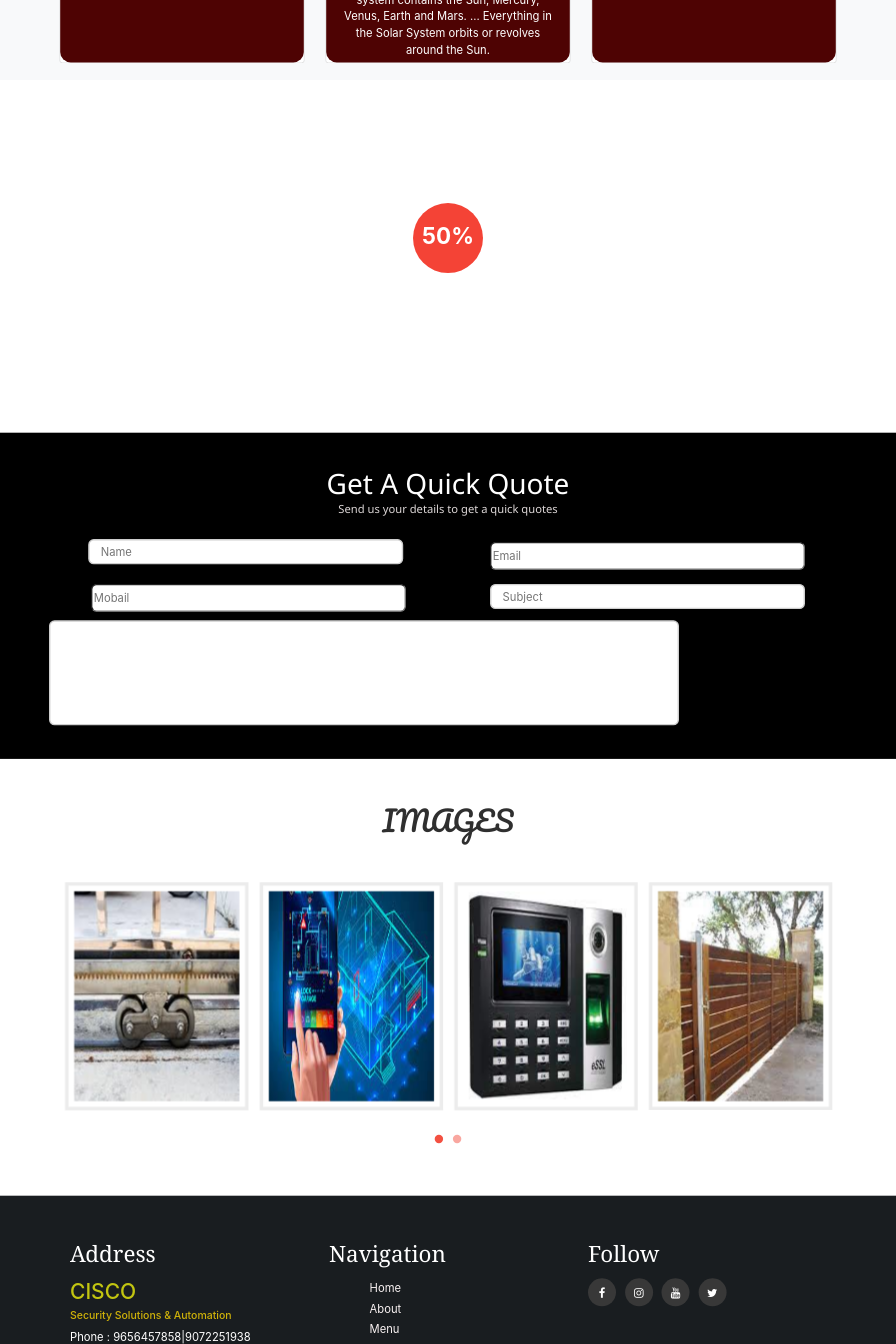
Repository: Nuhman123/Cisco
Page: index.html
An editor plug-in stored every save of this project. The page is shown before and after a run of saves, followed by the edit.
The browser window is 1280 px wide. The pictures show the part of the page from y = 1803 to 3723 px (the page is 3958 px tall), at 70% of full size.

Above is the page before, as saved 2021-04-10 16:29:57.

### index.html
<!--A Design by W3layouts
Author: W3layout
Author URL: http://w3layouts.com
License: Creative Commons Attribution 3.0 Unported
License URL: http://creativecommons.org/licenses/by/3.0/
-->
<!DOCTYPE html>
<html lang="en">
<head>
<title>CISCO security solutions & automation</title>
<meta name="viewport" content="width=device-width, initial-scale=1">
<meta http-equiv="Content-Type" content="text/html; charset=utf-8" />
<meta name="keywords" content="Royal Recipes Responsive web template, Bootstrap Web Templates, Flat Web Templates, Android Compatible web template,
Smartphone Compatible web template, free webdesigns for Nokia, Samsung, LG, SonyEricsson, Motorola web design" />
<script type="application/x-javascript"> addEventListener("load", function() { setTimeout(hideURLbar, 0); }, false); function hideURLbar(){ window.scrollTo(0,1); } </script>
<!-- bootstrap-css -->
<link href="css/bootstrap.css" rel="stylesheet" type="text/css" media="all" />
<!--// bootstrap-css -->
<!-- css -->
<link rel="stylesheet" href="css/style.css" type="text/css" media="all" />
<!--// css -->
<link rel="stylesheet" href="css/owl.carousel.css" type="text/css" media="all">
<link href="css/owl.theme.css" rel="stylesheet">
<!-- font-awesome icons -->
<link href="css/font-awesome.css" rel="stylesheet">
<!-- //font-awesome icons -->
<!-- font -->
<link href='//fonts.googleapis.com/css?family=Pacifico' rel='stylesheet' type='text/css'>
<link href='//fonts.googleapis.com/css?family=Open+Sans+Condensed:300,300italic,700' rel='stylesheet' type='text/css'>
<!-- //font -->
<script src="js/jquery-1.11.1.min.js"></script>
<script src="js/bootstrap.js"></script>
<script src="https://maxcdn.bootstrapcdn.com/bootstrap/4.0.0/js/bootstrap.min.js" integrity="sha384-JZR6Spejh4U02d8jOt6vLEHfe/JQGiRRSQQxSfFWpi1MquVdAyjUar5+76PVCmYl" crossorigin="anonymous"></script>
<link rel="stylesheet" href="https://maxcdn.bootstrapcdn.com/bootstrap/4.0.0/css/bootstrap.min.css" integrity="sha384-Gn5384xqQ1aoWXA+058RXPxPg6fy4IWvTNh0E263XmFcJlSAwiGgFAW/dAiS6JXm" crossorigin="anonymous">
<!-- light-box -->
<link rel="stylesheet" href="css/lightbox.css">
<!-- //light-box -->
<script src="js/SmoothScroll.min.js"></script>
<!--search jQuery-->
<script src="js/main.js"></script>
<!--//search jQuery-->
<script type="text/javascript">
	jQuery(document).ready(function($) {
		$(".scroll").click(function(event){
			event.preventDefault();
			$('html,body').animate({scrollTop:$(this.hash).offset().top},1000);
		});
	});
</script>

<script>
$(document).ready(function() {
	$("#owl-demo").owlCarousel({

		autoPlay: 3000, //Set AutoPlay to 3 seconds
		autoPlay:true,
		items : 4,
		itemsDesktop : [640,5],
		itemsDesktopSmall : [414,4]

	});

});
</script>
</head>
<body>
	<header class="header-1">
		<div class="container">
			<div class="row">
		<div class="col-xs-3">
			<img src="images/csc0log.png">
		</div>
		<div class="col-xs-5">
			<h1>CISCO</h1>
			<p>Security Solutions & Automation</p>
		</div>
		<div class="col-xs-4">
		<nav class="navbar navbar-expand-lg navbar-light">
			<button style="background-color:white;margin-top: 18px;" class="navbar-toggler" type="button" data-toggle="collapse" data-target="#navbarNavAltMarkup" aria-controls="navbarNavAltMarkup" aria-expanded="false" aria-label="Toggle navigation">
			  <span class="navbar-toggler-icon"></span>
			</button>
			<div class="collapse navbar-collapse" id="navbarNavAltMarkup" style="background-color: rgb(5, 7, 6);margin-top: 17px;">
			  <div class="navbar-nav text-center">
				<a class="nav-item nav-link active" href="index.html" style="color: white;">Home <span class="sr-only">(current)</span></a>
				<a class="nav-item nav-link" href="#services" style="color: white;">Services</a>
				<a class="nav-item nav-link" href="menu.html" style="color: white;z-index: 10;">Menu</a>
				<a class="nav-item nav-link" href="about.html" style="color: white;z-index: 10;">About</a>
				<a class="nav-item nav-link" href="contact.html" style="color: white;z-index: 10;">Condact</a>
			  </div>
			</div>
		  </nav>
		</div>
			</div>
		</div>
	</header>
	<!-- banner -->
	<div class="banner">
		<div class="header">
			<div class="container">
				<div class="logo">

				</div>
				<div class="clearfix"> </div>
			</div>
		</div>
		<div class="banner-slider">
			<div class="container">
				<div class="slider">
					<div class="callbacks_container">
						<ul class="rslides callbacks callbacks1" id="slider4">
							<li>
								<div class="agileits-banner-info">
									<img src="images/csc0log.png">
									<h3>CISCO</h3>
									<h5>Security Solutions & Automation</h5>
									<p>CCTV Installation,EPBAX,Home Automation,Automatic Gate,Video Door Phone,Access Control System,Security Alarm System,Solar System,Biometric AttendanceSystem</p>
									<a href="#services">Services</a>

								</div>
							</li>
							<li>
								<div class="agileits-banner-info">
									<h3>CCTV<br> Installation</h3>
									<p>CCTV Installation,EPBAX,Home Automation,Automatic Gate,Video Door Phone,Access Control System,Security Alarm System,Solar System,Biometric AttendanceSystem</p>
									<a href="#services">Services</a>

								</div>
							</li>
							<li>
								<div class="agileits-banner-info">
									<img src="images/csc0log.png">
									<h3>CISCO</h3>
									<p>CCTV Installation,EPBAX,Home Automation,Automatic Gate,Video Door Phone,Access Control System,Security Alarm System,Solar System,Biometric AttendanceSystem</p>
									<a href="#services">Services</a>
								</div>
							</li>
						</ul>
						<div class="social text-center">
							<ul>
								<li><a href="https://www.facebook.com/cisco_security_solutions-101064504984043/"><i class="fa fa-facebook"></i></a></li>
								<li><a href="https://www.instagram.com/cisco_security_solutions?r=nametag"><i class="fa fa-instagram"></i></a></li>
								<li><a href="https://youtube.com/channel/UCSI_CHHL5nW7fggODaksUw"><i class="fa fa-youtube"></i></a></li>
								<li><a href="https://twitter.com"><i class="fa fa-twitter"></i></a></li>
							</ul>
						</div>
					</div>
					<script src="js/responsiveslides.min.js"></script>
					<script>
						// You can also use "$(window).load(function() {"
						$(function () {
						  // Slideshow 4
						  $("#slider4").responsiveSlides({
							auto: true,
							pager:true,
							nav:false,
							speed: 500,
							namespace: "callbacks",
							before: function () {
							  $('.events').append("<li>before event fired.</li>");
							},
							after: function () {
							  $('.events').append("<li>after event fired.</li>");
							}
						  });

						});
					 </script>
					<!--banner Slider starts Here-->
				</div>
			</div>
		</div>
	</div>
	<!-- banner -->
	<!-- services -->
	<section class="bg-light p-4 mt-5" id="services">
		<div class="container">
		  <h1 class="services text-center">Our Services</h1>
		  <div class="row">
			<div class="col-lg-4 col-md-6 pt-3">
			  <div class="card text-center">
				<div class="card-body">
				  <h5 class="card-title">CCTV Installation</h5>
				  <p class="card-text">
					CCTV systems may operate continuously or only as required to monitor a particular event. A more advanced form of CCTV, using digital video recorders (DVRs), provides recording for possibly many years, with a variety of quality and performance options and extra features (such as motion detection and email alerts).
					</p>
				</div>
			  </div>
			</div>
			<div class="col-lg-4 col-md-6 pt-3">
			  <div class="card text-center ">

				<div class="card-body">
				  <h5 class="card-title">EPBAX</h5>
				  <p class="card-text">EPABX stands for Electronic Private Automatic Branch Exchange which is a private telephone network used by the organizations and the companies for various types of communication, either between the employees or outside the clients.</p>
				</div>
			  </div>
			</div>
			<div class="col-lg-4 col-md-6 pt-3">
			  <div class="card text-center ">

				<div class="card-body">
				  <h5 class="card-title">Home Automation</h5>
				  <p class="card-text"> home automation system integrates all the electrical devices in the house with each other, it includes centralized control of lighting, HVAC(Heat, ventilation and air conditioning) appliances, security locks and other systems to improve comfort, conveniences, security and energy efficiency.</p>
				</div>
			  </div>
			</div>
			<div class="col-lg-4 col-md-6 pt-3">
			  <div class="card text-center">
				<div class="card-body">
				  <h5 class="card-title">Automatic Gate</h5>
				  <p class="card-text"></p>
				</div>
			  </div>
			</div>
			<div class="col-lg-4 col-md-6  pt-3">
			  <div class="card text-center">
				<div class="card-body">
				  <h5 class="card-title">Video Door Phone</h5>
				  <p class="card-text">video door phone lets you see and communicate with the visitor without being physically present on the door. After knowing the purpose of visit and if required, you can choose to open the door or keep it closed. So, the video door phone is a great system to ensure the safety and security of your family and home.</p>
				</div>
			  </div>
			</div>
			<div class="col-lg-4 col-md-6  pt-3">
			  <div class="card text-center ">
				<div class="card-body">
				  <h5 class="card-title">Access Control System</h5>
				  <p class="card-text"></p>
				</div>
			  </div>
			</div>
			<div class="col-lg-4 col-md-6  pt-3">
				<div class="card text-center ">
				  <div class="card-body">
					<h5 class="card-title">Security Alarm System</h5>
					<p class="card-text"></p>
				  </div>
				</div>
			  </div>
			  <div class="col-lg-4 col-md-6  pt-3">
				<div class="card text-center ">
				  <div class="card-body">
					<h5 class="card-title">Solar System</h5>
					<p class="card-text">The Solar System is made up of all the planets that orbit our Sun. In addition to planets, the Solar System also consists of moons, comets, asteroids, minor planets, dust and gas. The inner solar system contains the Sun, Mercury, Venus, Earth and Mars. ... Everything in the Solar System orbits or revolves around the Sun.</p>
				  </div>
				</div>
			  </div>
			  <div class="col-lg-4 col-md-6  pt-3">
				<div class="card text-center ">
				  <div class="card-body">
					<h5 class="card-title">Biometric Attendance System</h5>
					<p class="card-text"></p>
				  </div>
				</div>
			  </div>
		  </div>
		</div>
	  </section>
	<!-- //services -->
	<!-- offer -->
	<div class="jarallax offer">
		<div class="container">
			<div class="w3l-offer-heading">
				<h3>Today Offers</h3>
			</div>
			<div class="w3ls-offer-slider">
				<div class="slider">
					<div class="callbacks_container">
						<ul class="rslides callbacks callbacks1" id="slider3">
							<li>
								<div class="agileinfo-offer-grid">
									<h4>45<span>%</span></h4>
									<h5>Pork Vindaloo</h5>
									<p>Quisque scelerisque rutrum nunc, eget hendrerit diam porta efficitur. Duis bibendum consequat est, sed efficitur arcu. Morbi viverra, leo sit amet vestibulum dignissim, tortor est dignissim dolor, eu accumsan est urna id felis. </p>
								</div>
							</li>
							<li>
								<div class="agileinfo-offer-grid">
									<h4>50%</h4>
									<h5>Phaal Curry</h5>
									<p>Vestibulum euismod porttitor interdum. Vivamus porta consectetur nulla porttitor hendrerit. Pellentesque ultrices augue ut nibh feugiat, nec egestas orci cursus. Sed vehicula quis erat sed lobortis. Curabitur eleifend sit amet.</p>
								</div>
							</li>
							<li>
								<div class="agileinfo-offer-grid">
									<h4>64%</h4>
									<h5>Laal Maas</h5>
									<p>Aenean volutpat auctor ultrices. Aliquam ac turpis ultrices, porta enim at, interdum velit. Ut ligula justo, sodales eu nisi a, molestie dictum leo. Sed blandit porta ante, at consequat nulla fermentum a. Donec aliquet tristique.</p>
								</div>
							</li>
						</ul>
					</div>
					<script>
						// You can also use "$(window).load(function() {"
						$(function () {
						  // Slideshow 4
						  $("#slider3").responsiveSlides({
							auto: true,
							pager:false,
							nav:false,
							speed: 500,
							namespace: "callbacks",
							before: function () {
							  $('.events').append("<li>before event fired.</li>");
							},
							after: function () {
							  $('.events').append("<li>after event fired.</li>");
							}
						  });

						});
					 </script>
					<!--banner Slider starts Here-->
				</div>
			</div>
			<script src="js/jarallax.js"></script>
		</div>
	</div>
	<!-- //offer -->
	<section class="form-quote">
		<div class="container">
		<div class="contact-form">
			<h3>Get A Quick Quote</h3>
			<p class="" >Send us your details to get a quick quotes</p>
			<form>
				<div class="row"align="center">
					<div class="col-xs-12 col-sm-12 col-md-12 col-lg-6">
						<input type="text" placeholder="Name" style="width: 450px;background: white;height: 30px;border-radius: 8px;">
					</div>
					<div class="col-xs-12 col-sm-12 col-md-12 col-lg-6">
						<input type="email" placeholder="Email" style="width: 450px;background: white;margin: 4px; height: 40px;border-radius: 8px;">
					</div>
					<div class="col-xs-12 col-sm-12 col-md-12 col-lg-6">
						<input type="tel" placeholder="Mobail" style="width: 450px;background: white;margin: 12px; height: 40px;border-radius: 8px;">
					</div>
					<div class="col-xs-12 col-sm-12 col-md-12 col-lg-6">
						<input type="text" placeholder="Subject" style="width: 450px;background: white;margin: 12px; height: 30px;border-radius: 8px;">
					</div>
					<textarea class="col-xs-12" style="background: white;width: 900px; border-radius: 8px;"></textarea>
				</div>
			  </form>
		</div>
			</div>
	</section>
	<!-- special -->
	<div class="special">
		<div class="container">
			<div class="wthree-special-heading">
				<h3>IMAGES</h3>
			</div>
			<div class="special-grids">
				<div id="owl-demo" class="owl-carousel owl-theme">
						<div class="item">
							<div class="w3-agileits-special-grid-info">
								<img src="images/289c9c264087cddc084383969cd6e19f.jpg" alt="" />
							</div>
						</div>
						<div class="item">
							<div class="w3-agileits-special-grid-info">
								<img src="images/ghy.jfif" alt="" />

							</div>
						</div>
						<div class="item">
							<div class="w3-agileits-special-grid-info">
								<img src="images/h automations.jfif" alt="" />

							</div>
						</div>
						<div class="item">
							<div class="w3-agileits-special-grid-info">
								<img src="images/bio2.jfif" alt="" />
							</div>
						</div>
						<div class="item">
							<div class="w3-agileits-special-grid-info">
								<img src="images/guf.jfif" alt="" />

							</div>
						</div>
						<div class="item">
							<div class="w3-agileits-special-grid-info">
								<img src="images/epbax.jpeg" alt="" />

							</div>
						</div>
						<div class="item">
							<div class="w3-agileits-special-grid-info">
								<img src="images/h automations.jfif4.jfif" alt="" />

							</div>
						</div>
						<div class="item">
							<div class="w3-agileits-special-grid-info">
								<img src="images/cctv3.jpg" alt="" />

							</div>
						</div>
				</div>
			</div>
		</div>
	</div>
	<!-- //special -->
	<!-- footer -->
	<div class="w3-agile-footer">
		<div class="container">
			<div class="footer-grids">
				<div class="col-md-4 footer-grid">
					<div class="footer-grid-heading">
						<h4>Address</h4>
					</div>
					<div class="footer-grid-info">
						<h1 class="">CISCO</h1>
					<h4 class="">Security Solutions & Automation</h4>
					</di>
					<p class="phone">Phone : 9656457858|9072251938
						<span>Email : <a href="pklcisco@gmail.com">pklcisco@gmail.com</a></span>
					</p>
					<p>Oppo South Indian ATM,Near Zella Fancy 	Pulikkal </p>
				</div>

				</div>
				<div class="col-md-4 footer-grid">
					<div class="footer-grid-heading">
						<h4>Navigation</h4>
					</div>
					<div class="footer-grid-info">
						<ul class="">
							<li><a href="index.html">Home</a></li>
							<li><a href="about.html">About</a></li>
							<li><a href="menu.html">Menu</a></li>
							<li><a href="contact.html">Contact</a></li>
						</ul>
					</div>
				</div>
				<div class="col-md-4 footer-grid">
					<div class="footer-grid-heading">
						<h4>Follow</h4>
					</div>
					<div class="social">
						<ul>
							<li><a href="https://www.facebook.com/cisco_security_solutions-101064504984043/"><i class="fa fa-facebook"></i></a></li>
							<li><a href="https://www.instagram.com/cisco_security_solutions?r=nametag"><i class="fa fa-instagram"></i></a></li>
							<li><a href="https://youtube.com/channel/UCSI_CHHL5nW7fggODaksUw"><i class="fa fa-youtube"></i></a></li>
							<li><a href="https://twitter.com"><i class="fa fa-twitter"></i></a></li>
						</ul>
					</div>
				<div class="clearfix"> </div>
			</div>
		</div>
	</div>
	<div class="agileits-w3layouts-copyright">
		<p>| Design by <a href=""> AKN Creations </a> </p>
		<li style="color: yellow;"><i  class="fa fa-phone" aria-hidden="true"></i> 9446795304</li>
	</div>
	</div>
	<!-- //footer -->
	<script src="js/owl.carousel.js"></script>
	<script type="text/javascript" src="js/move-top.js"></script>
	<script type="text/javascript" src="js/easing.js"></script>
	<!-- here stars scrolling icon -->
	<script type="text/javascript">
		$(document).ready(function() {
			/*
				var defaults = {
				containerID: 'toTop', // fading element id
				containerHoverID: 'toTopHover', // fading element hover id
				scrollSpeed: 1200,
				easingType: 'linear'
				};
			*/

			$().UItoTop({ easingType: 'easeOutQuart' });

			});
	</script>
<!-- //here ends scrolling icon -->
<script type="text/javascript">
			/* init Jarallax */
			$('.jarallax').jarallax({
				speed: 0.5,
				imgWidth: 1366,
				imgHeight: 768
			})
		</script>
</body>
</html>

Loaded but not shown: css/bootstrap.css (library); css/owl.carousel.css (common file); css/owl.theme.css (common file); css/font-awesome.css (library); js/jquery-1.11.1.min.js (library); js/bootstrap.js (library); css/lightbox.css (library); js/SmoothScroll.min.js (library); js/responsiveslides.min.js (library); js/owl.carousel.js (library); js/jarallax.js (433 lines, source omitted); js/easing.js (140 lines, source omitted); js/main.js (100 lines, source omitted); js/move-top.js (5 lines, source omitted); css/style.css (2111 lines, source omitted)

After the next 6 saves:
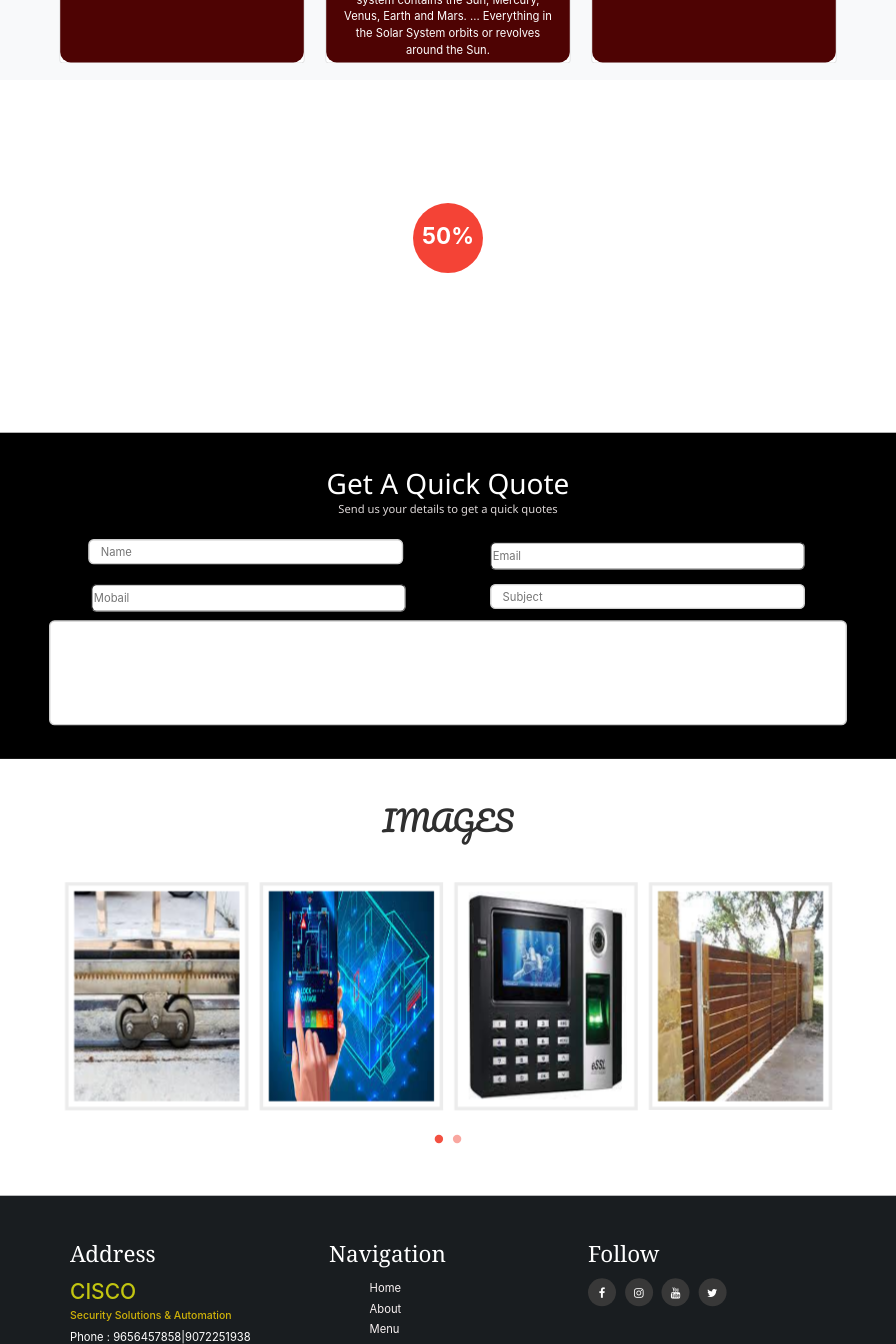
The 6 saves are shown as one change because they came seconds apart.
The last was saved 85 s later.
--- a/index.html
+++ b/index.html
@@ -335,7 +335,7 @@
 					<div class="col-xs-12 col-sm-12 col-md-12 col-lg-6">
 						<input type="text" placeholder="Subject" style="width: 450px;background: white;margin: 12px; height: 30px;border-radius: 8px;">
 					</div>
-					<textarea class="col-xs-12" style="background: white;width: 900px; border-radius: 8px;"></textarea>
+					<textarea class="col-xs-12" style="background: white;width: outo; border-radius: 8px;"></textarea>
 				</div>
 			  </form>
 		</div>
